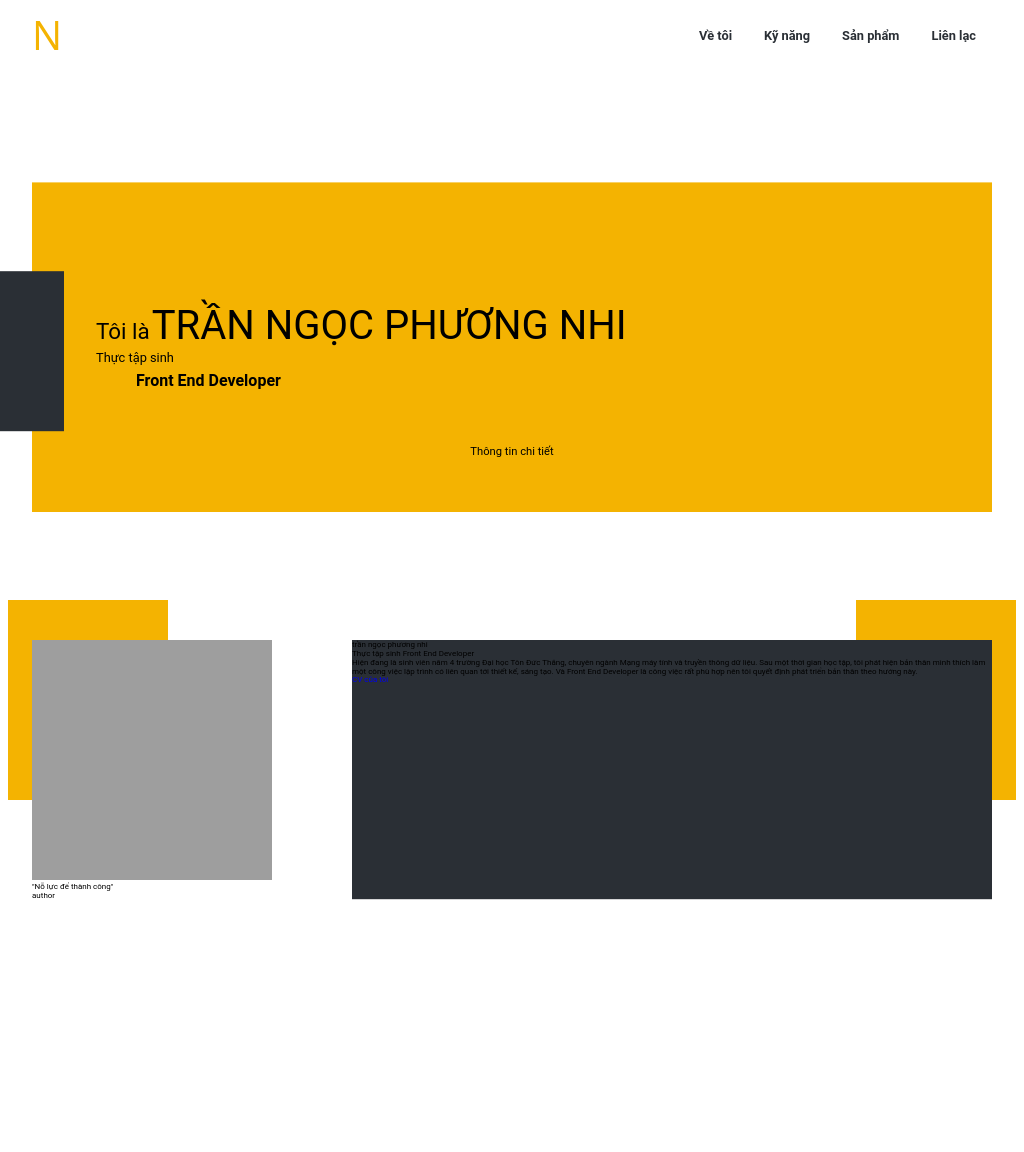
Repository: TranNgocPhuongNhi/my-portfolio
Page: index.html
An editor plug-in stored every save of this project. The page is shown before and after the next save, followed by the edit.
The browser window is 1280 px wide. The pictures show the whole page, at 80% of full size.
Pictures or frames that could not be fetched are drawn as grey boxes. Some icons come from a web library that is not loaded, so they are not drawn. Some web libraries are served in a nearby version.

Above is the page before, as saved 2021-07-04 16:05:25.

After the next save:
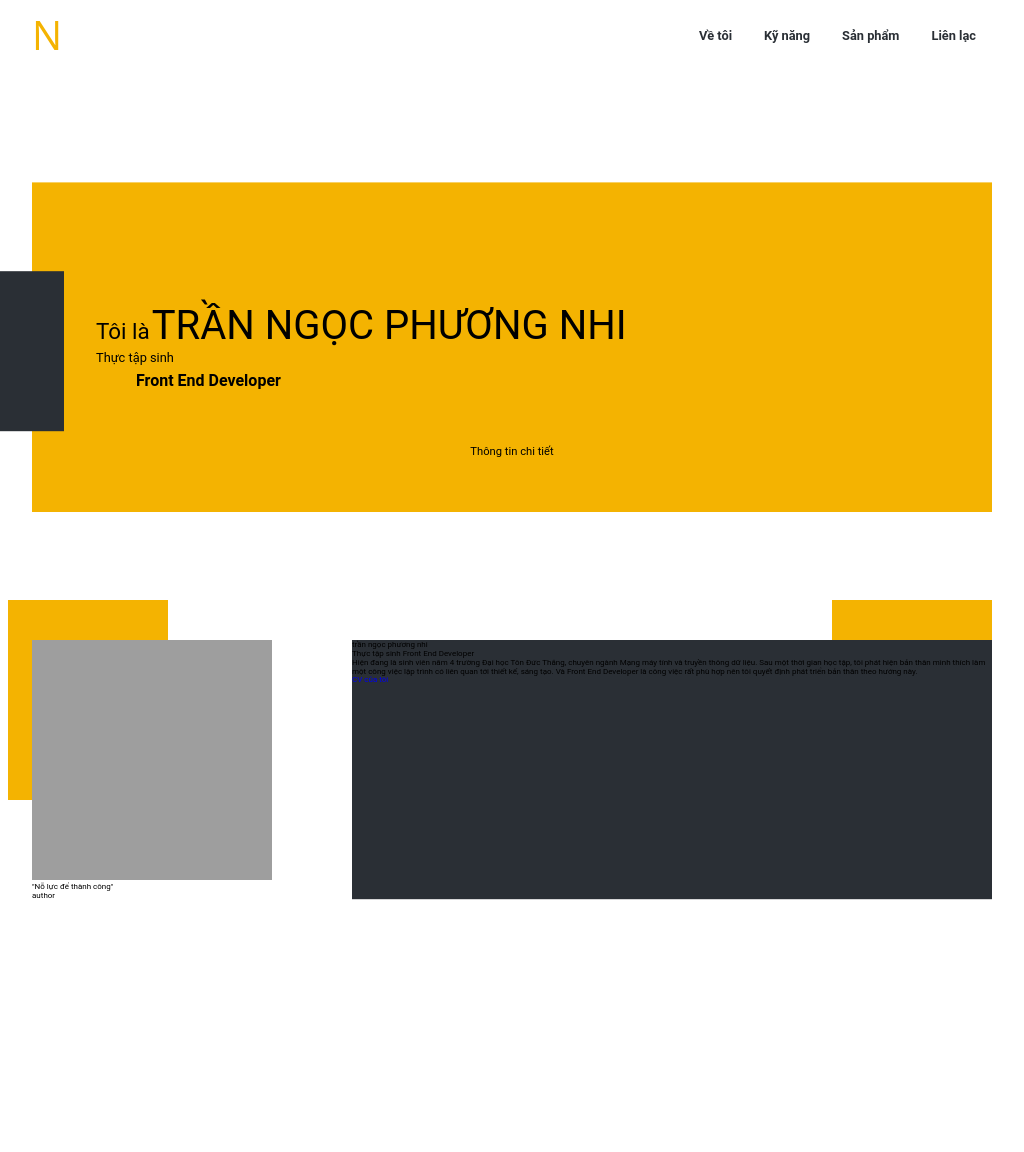
Saved 20 s later.
--- a/resources/css/main.css
+++ b/resources/css/main.css
@@ -192,7 +192,7 @@ a {
     background-color: var(--primary1);
     position: absolute;
     top: 3rem;
-    right: -3rem;
+    right: 0rem;
     z-index: -1;
 }
 
